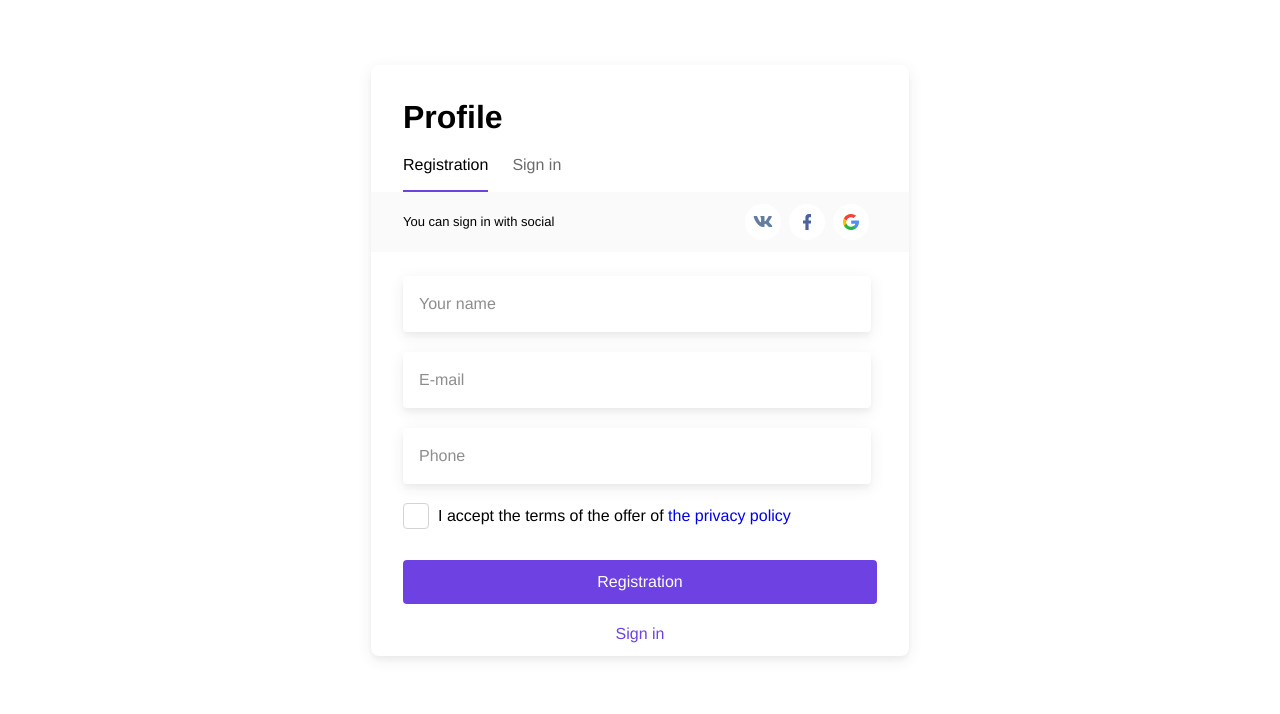
Repository: skydevil1604/vue-test-app
Page: /
The author's editor kept a copy of each file at every save. The page is drawn from the files as they stood at one save, then again after the next save.
The browser window is 1280 px wide. The pictures show the whole page.
The project was rebuilt for these pictures with package versions that can differ from the ones it lists, and the page was loaded fresh each time.

Above is the page before, as saved 2020-04-06 16:01:56.

After the next save:
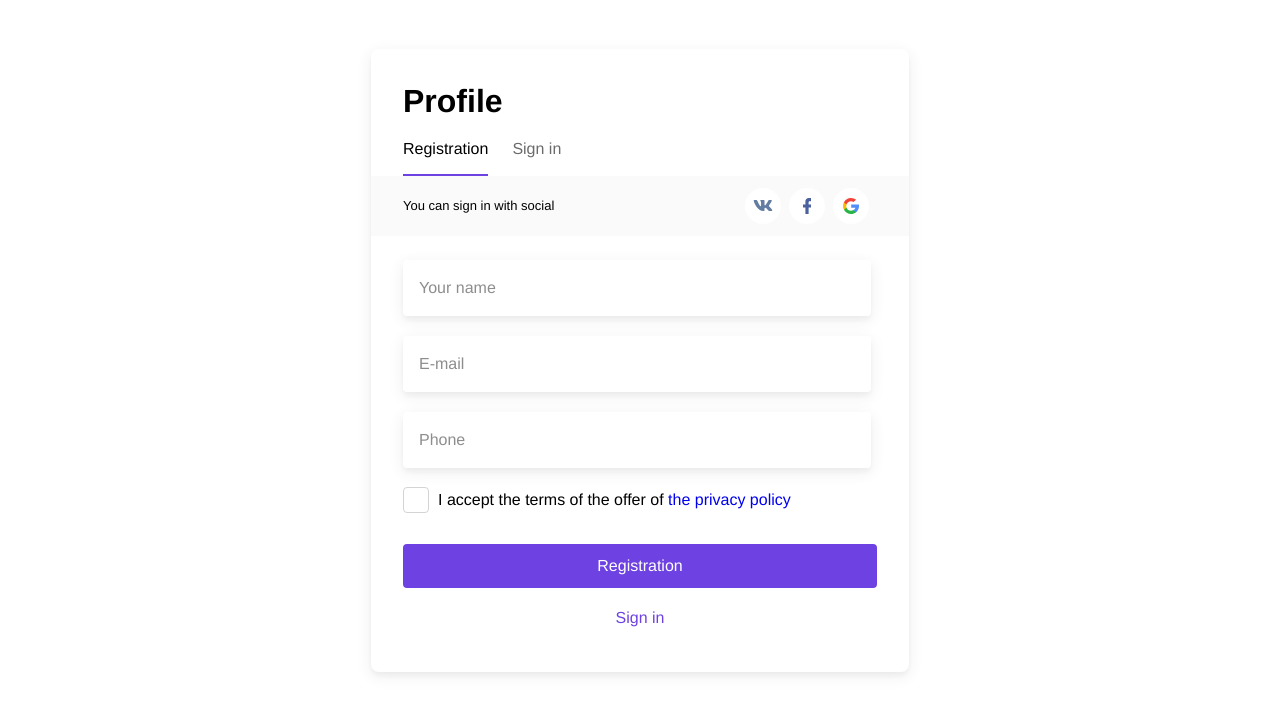
Saved 55 s later.
--- a/src/components/AuthenticationForm.vue
+++ b/src/components/AuthenticationForm.vue
@@ -35,9 +35,7 @@ export default {
         background: #FFFFFF;
         box-shadow: 0px 4px 16px rgba(51, 51, 51, 0.08), 0px 4px 4px rgba(51, 51, 51, 0.04);
         border-radius: 8px;
-        padding-top: 32px;
-        padding-left: 32px;
-        padding-right: 32px;
+        padding: 32px;
 
             &__header {
                 text-align: left;
